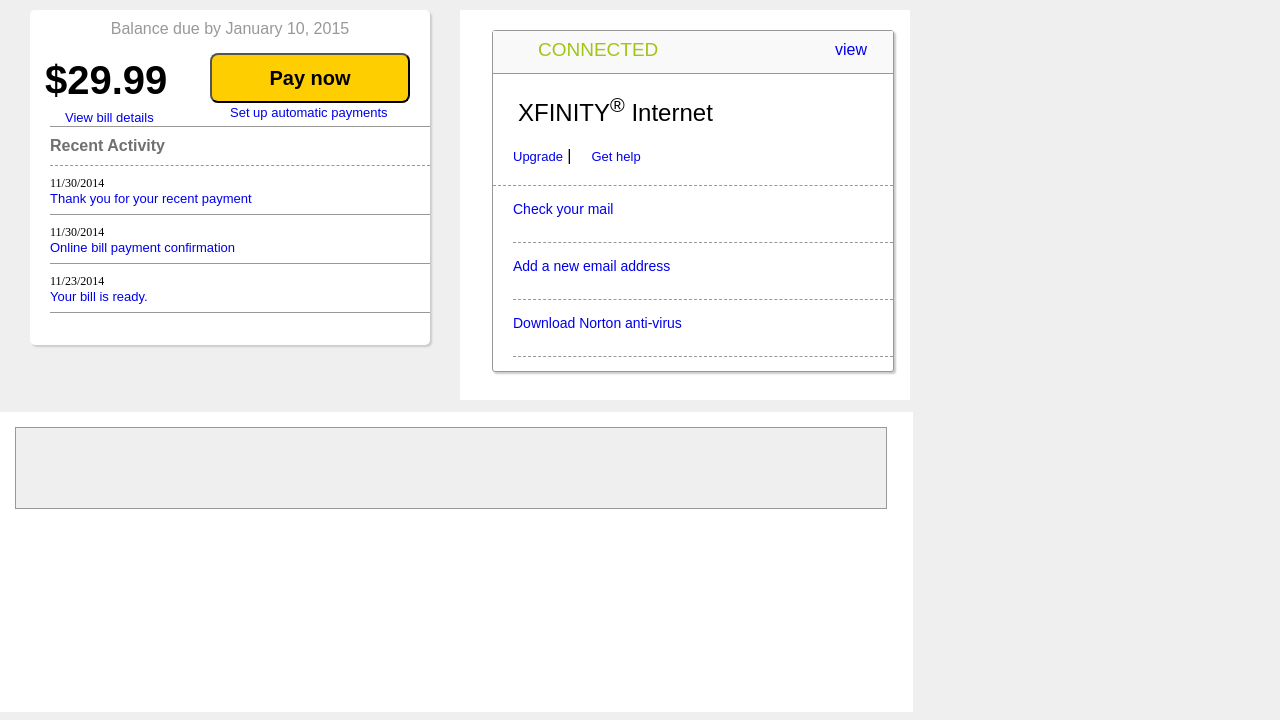
Repository: Sakivaday/UI-TSQ
Page: Aptana Studio 3 Workspace/tsq/assignment3/comcast.html
The author's editor kept a copy of each file at every save. The page is drawn from the files as they stood at one save, then again after the next save.
The browser window is 1280 px wide. The pictures show the whole page.
Pictures or frames that could not be fetched are drawn as grey boxes.

Above is the page before, as saved 2015-01-20 05:07:18.

### Aptana Studio 3 Workspace/tsq/assignment3/comcast.html
<!DOCTYPE html>
<html>
	<head>
		<title>comcast</title>
		<link href="new_file.css" rel="stylesheet" type="text/css" media="all"/>
		</head>

	<body>
	<div class="left">
        <p class="balancedue">Balance due by January 10, 2015</p>
        <div class="border">
		<div class="left1">
			<h1 class="pay">$29.99</h1>
			<a href ="#">View bill details</a>
			</div>
			<div class="left2">
				<button>Pay now</button>
				<a href="#">Set up automatic payments</a>
			</div></div>

				<div class="leftbottom1">
					<p class="recent">Recent Activity</p>
					</div>

		   <div class="leftbottom2">
		   	<ul>
		   		<li>
			<p class="date">11/30/2014</p>
			<a href="#">Thank you for your recent payment</a>
		<li>
			<p class="date">11/30/2014</p>
			<a href="#">Online bill payment confirmation</a>
		</li>
		<li>
			<p class="date">11/23/2014</p>
			<a href="#">Your bill is ready.</a>
		</li>
		</ul>
		</div>
		</div>


<div class="right">
	<div class="box">
		<div class="right1">
			<div class="tickmark"><h2 class="connected">CONNECTED</h2></div>
			<a href="#">view</a>
		</div>
		<div class="rightbottom1">
			<h2>XFINITY<sup>&reg;</sup> Internet</h2>
			<a href="#">Upgrade</a>      |<a href="#">Get help</a>
		</div>
		<div class="rightbottom2">
			<ul>
				<li>
					<a href="#" >Check your mail</a>
				</li>
				<li>
					<a href="#">Add a new email address</a>
				</li>
				<li>
					<a href="#">Download Norton anti-virus</a>
				</li>
			</ul>
			</div>

	</div>
	</div>

<div class="bottom">
	<div class="rectbox">

	</div>

</div>

### Aptana Studio 3 Workspace/tsq/assignment3/new_file.css
*{
	padding:0px;
	margin:0px;
	font-family: "Arial";
	text-decoration: none;
	list-style: none;
}

body{
	background-color: #efefef;
}
.left{
	float:left;
	background-color: white;
	margin-top:10px;
	margin-left: 30px;
	box-shadow: 2px 2px 2px #cacaca;
	width: 400px;
	height: 335px;
	border-radius: 5px;
}
.balancedue{
	color: #989896;
	text-align: center;
	padding-top: 10px;
}
.left1{
	float: left;
	margin-left: 15px;
	margin-top: 20px;
	width: 45%;

}
.left2{
	float: left;
	margin-left: 180px;
	margin-top: -73px;
    width: 45%;
}
.pay{
	font-size: 40px;
	padding-bottom: 5px;
}
.left .border .left1 a{
	font-size: 13px;
	margin-left: 20px;
	padding-bottom: 10px;
}
button{
	background-color: #fece00;
	width: 200px;
	height: 50px;
	border-radius: 8px;
	font-weight: bold;
	font-size: 20px;
}
.left2 a{
	font-size: 13px;
	padding-top: 5px;
	margin-left: 20px;
	padding-bottom: 10px;
}
.border{
	padding-bottom:20px;
	margin-bottom: 20px;

}
.leftbottom1{
    border-bottom: 1px dashed #989896;
    clear: both;
    border-top: 1px solid #989896;
    margin-left: 20px;
    margin-top: 10px;
    padding-top: 10px;
    padding-bottom: 10px;
    color: #989896;
}
.recent{
	color: #70706e;
	font-weight: bold;
}
.date{
	font-family: "italic";
	font-size: 12px;
	margin-left: 20px;
	padding-top: 10px;
}
.leftbottom2 ul li a{
	font-size: 13px;
	border-bottom: 1px solid #989896;
	margin-left: 20px;
	padding-bottom: 8px;
	display: inherit;
}
.right{
	float:left;
	background-color: white;
	margin-top:10px;
	margin-left: 30px;
	width: 450px;
	height: 390px;
}
.box{
	border: 1px solid #989896;
	background-color: white;
	margin-top:20px;
	margin-left: 32px;
	box-shadow: 2px 2px 2px #cacaca;
	width: 400px;
	height: 340px;
	border-radius: 3px;
}
.tickmark{
	background: url('pictures/sprite.png') no-repeat;
	width:32px;
	height:32px;
	background-position: -116px -1227px;
	margin:5px;
	float: left;
}
.connected{
	margin-left: 40px;
	margin-top: 3px;
	color: #a2c513;
	font-weight:300;
	font-size: 19px;
}
.right .box .right1 a {
	float: left;
	margin-left: 300px;
	margin-top: 10px;
}
.right .box .right1{
	background-color: #f9f9f9;
	border-bottom: 1px solid #989896;
	display: flex ;
}
.rightbottom1 h2{
	margin-left: 25px;
	font-weight:300;
	padding-top: 20px;
	padding-bottom: 20px;
}
.rightbottom1 a{
	margin-left: 20px;
	font-size: 13px;
}
.rightbottom1{
	border-bottom: 1px dashed #989896;
	padding-bottom: 20px;
}
.rightbottom2 ul li a{
	margin-left: 20px;
	padding-top: 15px;
	padding-bottom: 25px;
	font-size: 14px;
	display: inherit;
	border-bottom: 1px dashed #989896;
}
.bottom{
	background-color: white;
	height: 300px;
	width: 913px;
	float: left;
	margin-top: 12px;
}
.rectbox{
	height: 80px;
	width: 870px;
	border: 1px solid #989896;
	margin-top: 15px;
	margin-left: 15px;
	background-color: #efefef;
}

After the next save:
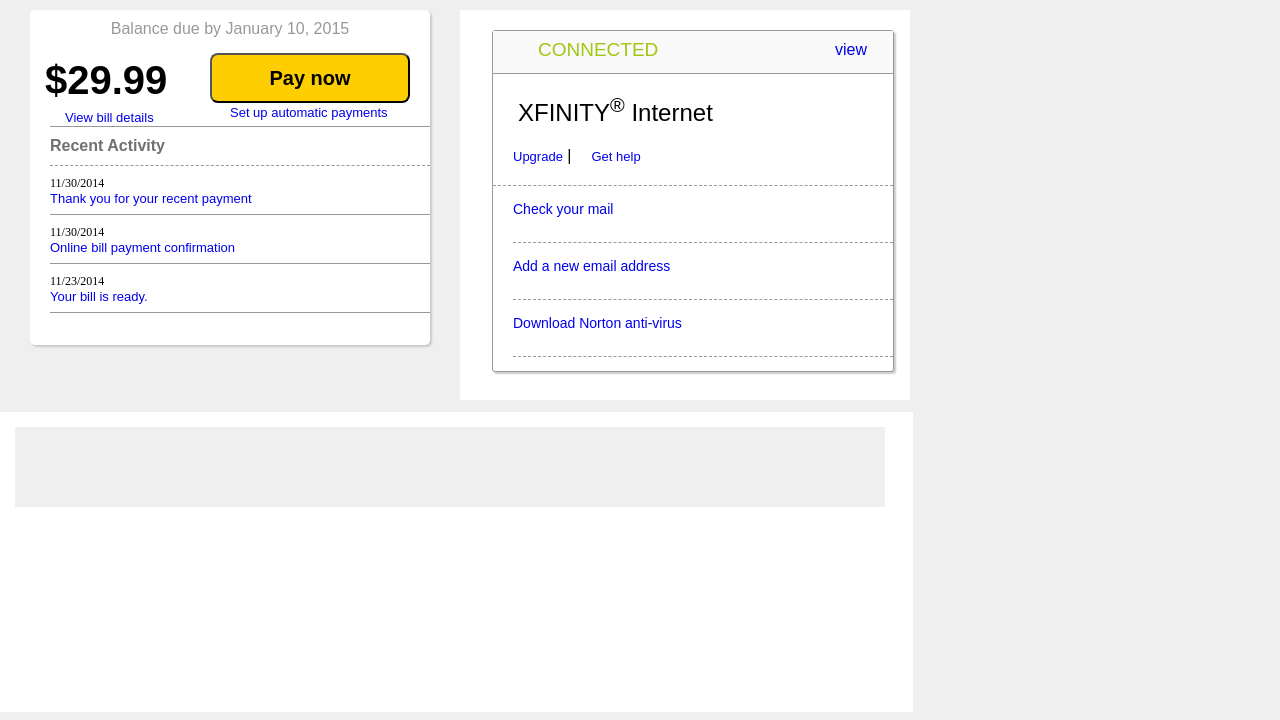
Saved 11 s later.
--- a/Aptana Studio 3 Workspace/tsq/assignment3/new_file.css
+++ b/Aptana Studio 3 Workspace/tsq/assignment3/new_file.css
@@ -167,7 +167,6 @@
 .rectbox{
 	height: 80px;
 	width: 870px;
-	border: 1px solid #989896;
 	margin-top: 15px;
 	margin-left: 15px;
 	background-color: #efefef;
